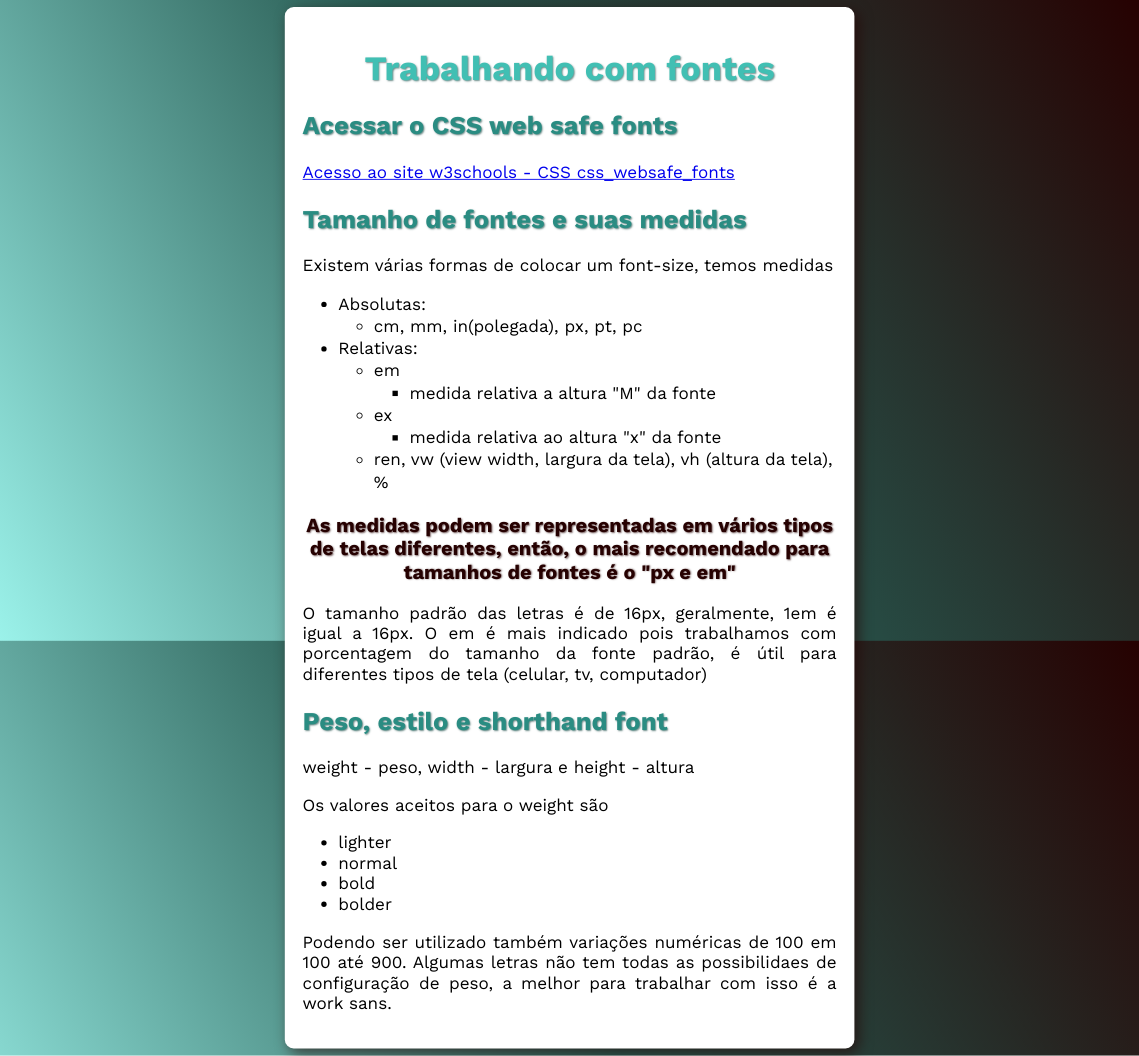
Repository: Willcmorais/vscode-workspace
Page: html-css/curso-em-video/modulo02/estudos/ex022-trab-fontes/fontes.html
An editor plug-in stored every save of this project. The page is shown before and after a run of saves, followed by the edit.
The browser window is 1280 px wide. The pictures show the whole page, at 89% of full size.
Backgrounds fixed to the window are drawn as part of the page.

Above is the page before, as saved 2024-09-18 21:07:53.

### html-css/curso-em-video/modulo02/estudos/ex022-trab-fontes/fontes.html
<!DOCTYPE html>
<html lang="pt-br">

<head>
    <meta charset="UTF-8">
    <meta name="viewport" content="width=device-width, initial-scale=1.0">
    <link rel="stylesheet" href="style.css">
    <title>Fontes em CSS</title>
    <style>
        @import url('https://fonts.googleapis.com/css2?family=Work+Sans:ital,wght@0,100;0,200;0,300;0,400;0,500;0,600;0,700;0,800;0,900;1,100;1,200;1,300;1,400;1,500;1,600;1,700;1,800;1,900&display=swap');

        body {
            font-size: 1.2em;
            font-weight: 400;
        }

        div {
            /*distancia entre linhas*/
            line-height: 25px;
        }
    </style>

</head>

<body>

</body>
<main>
    <h1>Trabalhando com fontes</h1>
    <h2>Acessar o CSS web safe fonts</h2>
    <a target="_blank" rel="content" href="https://www.w3schools.com/csSref/css_websafe_fonts.php">Acesso ao site
        w3schools - CSS css_websafe_fonts</a>
    <h2>Tamanho de fontes e suas medidas</h2>
    <p>Existem várias formas de colocar um font-size, temos medidas</p>
    <div class="list1">
        <ul>
            <li>Absolutas:</li>
            <ul>
                <li>cm, mm, in(polegada), px, pt, pc</li>
            </ul>
            <li>Relativas:</li>
            <ul>
                <li>em <ul>
                        <li>medida relativa a altura "M" da fonte</li>
                    </ul>
                </li>
                <li>ex <ul>
                        <li>medida relativa ao altura "x" da fonte</li>
                    </ul>
                </li>
            </ul>
            <ul>
                <li>ren, vw (view width, largura da tela), vh (altura da tela), %</li>
            </ul>
        </ul>
    </div>
    <h3>As medidas podem ser representadas em vários tipos de telas diferentes, então, o mais recomendado para tamanhos
        de fontes é o "px e em"</h3>
    <p>O tamanho padrão das letras é de 16px, geralmente, 1em é igual a 16px. O em é mais indicado pois trabalhamos com
        porcentagem do tamanho da fonte padrão, é útil para diferentes tipos de tela (celular, tv, computador)</p>
    <h2>Peso, estilo e shorthand font</h2>
    <p>weight - peso, width - largura e height - altura</p>
    <p>Os valores aceitos para o weight são</p>
    <ul>
        <li>lighter</li>
        <li>normal</li>
        <li>bold</li>
        <li>bolder</li>
    </ul>
    <p>Podendo ser utilizado também variações numéricas de 100 em 100 até 900. Algumas letras não tem todas as
        possibilidaes de configuração de peso, a melhor para trabalhar com isso é a work sans.</p>

</main>

</html>

### html-css/curso-em-video/modulo02/estudos/ex022-trab-fontes/style.css
@charset "utf8";

* {
    /*safe combination, ele usa a primeira letra q achar*/
    font-family: 'Work Sans';
}

body {
    background-image: linear-gradient(-120deg, #260101,#275950, #9BF2EA);
    background-attachment: fixed;
}

img {
    /* As imagens são inline por padrão, então precisamos torná-las block */
    display: block;
    /* Centraliza horizontalmente */
    margin: 0 auto;
}

main {
    background-color: white;
    /*arredonda as bordas*/
    border-radius: 10px;
    /*1 parametro é o lado da sombra, 2 é para baixo, 3 é o quanto espalha e 4 o quanto de transparência tem(ou cor)*/
    box-shadow: 5px 5px 15px rgba(38, 1, 1, 0.619);
    /*largura do recorte*/
    width: 600px;
    /*distancia das bordas com o conteúdo*/
    padding: 20px;
    /*altera automaticamente a margem para o centro da tela*/
    margin: auto;
}

h1 {
    text-align: center;
    color: #41BFB3;
    /*mesmos parametros para o box-shadow*/
    text-shadow: 1px 1px 2px rgba(28, 80, 75, 0.644);
}

h2 {
    color: #2A8C82;
    text-shadow: 1px 1px 2px rgba(21, 70, 65, 0.631);
}

h3 {
    text-align: center;
    color: #260101;
    text-shadow: 1px 1px 2px rgba(38, 1, 1, 0.615);
}

p {
    text-align: justify;
}

After the next 7 saves:
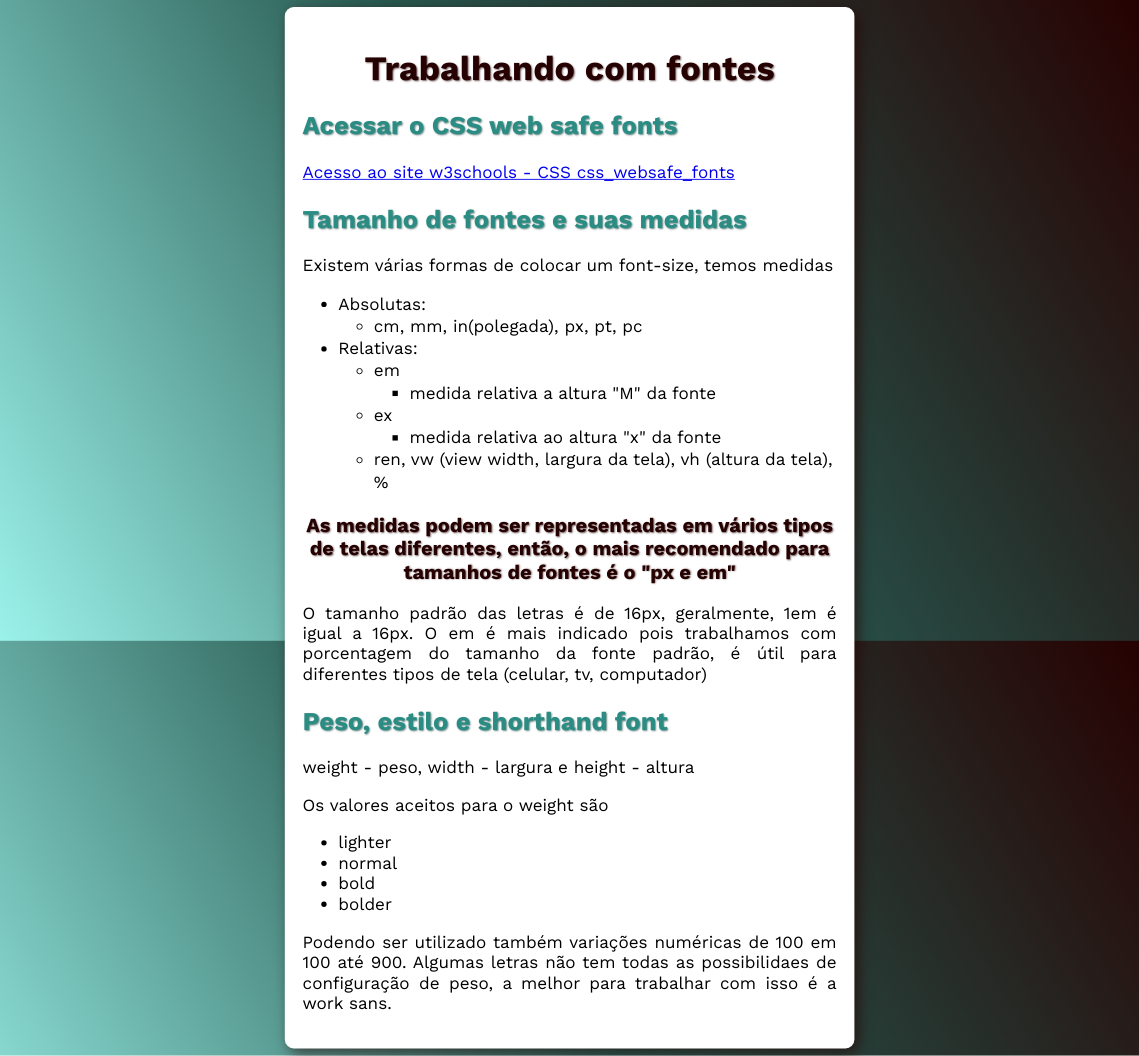
The 7 saves are shown as one change because they came seconds apart.
The last was saved 59 s later.
--- a/html-css/curso-em-video/modulo02/estudos/ex022-trab-fontes/style.css
+++ b/html-css/curso-em-video/modulo02/estudos/ex022-trab-fontes/style.css
@@ -6,7 +6,7 @@
 }
 
 body {
-    background-image: linear-gradient(-120deg, #260101,#275950, #9BF2EA);
+    background-image: linear-gradient(-120deg, #260101, #275950, #9BF2EA);
     background-attachment: fixed;
 }
 
@@ -33,9 +33,9 @@ main {
 
 h1 {
     text-align: center;
-    color: #41BFB3;
+    color: #260101;
     /*mesmos parametros para o box-shadow*/
-    text-shadow: 1px 1px 2px rgba(28, 80, 75, 0.644);
+    text-shadow: 1px 1px 2px rgba(38, 1, 1, 0.615);
 }
 
 h2 {
